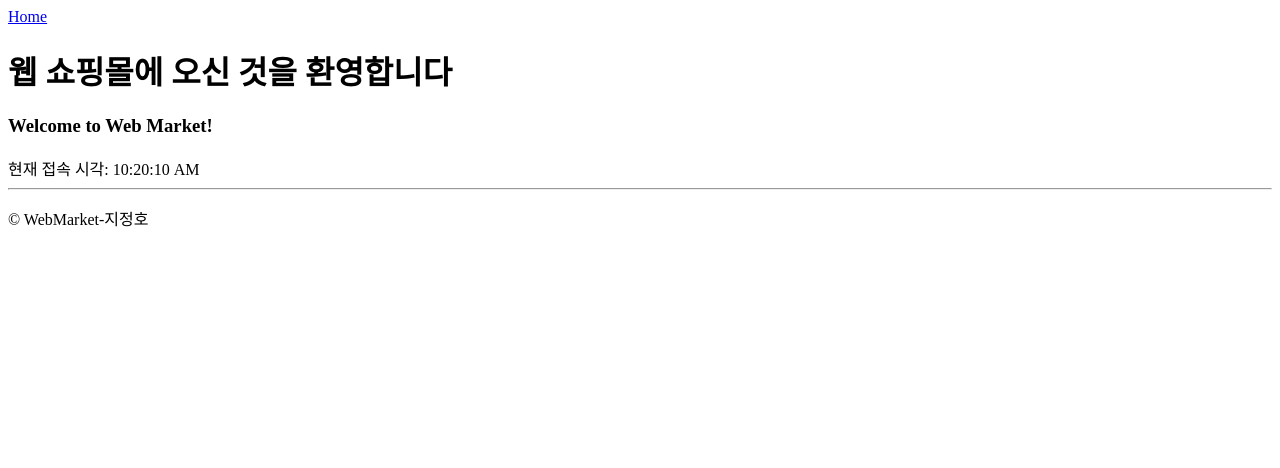
Repository: hodob/JSP_Practice
Page: http://localhost/JSP_WebMarket_JJH/ch03_ex/welcome.jsp
These files come from the project's save history. The page is drawn as it stood at one moment and after the next save; the edit follows.
The browser window is 1280 px wide. The pictures show the whole page.
The page is served by Tomcat 9. Other server files are loaded and not shown.

Above is the page before, as saved 2022-08-08 06:33:47.

### JSP_WebMarket_JJH/WebContent/ch03_ex/welcome.jsp
<%@ page language="java" contentType="text/html; charset=UTF-8"
    pageEncoding="UTF-8"%>

<%@ page import="java.util.Date"%>
<!DOCTYPE html>
<html>
<head>
<meta charset="UTF-8">
<title>제출용</title>
</head>
<body>
<%@ include file="menu.jsp"%>
	<%!String greeting = "웹 쇼핑몰에 오신 것을 환영합니다";
	String tagline = "Welcome to Web Market!";%>
	<div class="jumbotron">
		<div class="container">
			<h1 class="display-3">
				<%=greeting%>
			</h1>
		</div>
	</div>
	<div class="container">
		<div class="text-center">
			<h3>
				<%=tagline%>
			</h3>
			<%
				Date day = new java.util.Date();
				String am_pm;
				int hour = day.getHours();
				int minute = day.getMinutes();
				int second = day.getSeconds();
				if (hour / 12 == 0) {
					am_pm = "AM";
				} else {
					am_pm = "PM";
					hour = hour - 12;
				}
				String CT = hour + ":" + minute + ":" + second + " " + am_pm;
				out.println("현재 접속  시각: " + CT + "\n");
			%>
		</div>
		<hr>
	</div>
	<%@ include file="footer.jsp"%>
</body>
</html>

### JSP_WebMarket_JJH/WebContent/ch03_ex/menu.jsp
<%@ page language="java" contentType="text/html; charset=UTF-8"
    pageEncoding="UTF-8"%>

<nav class="navbar navbar-expand  navbar-dark bg-dark">
	<div class="container">
		<div class="navbar-header">
			<a class="navbar-brand" href="./welcome.jsp">Home</a>
		</div>
	</div>
</nav>

### JSP_WebMarket_JJH/WebContent/ch03_ex/footer.jsp
<%@ page language="java" contentType="text/html; charset=UTF-8"
    pageEncoding="UTF-8"%>
<footer class="container">
	<p>&copy; WebMarket-지정호</p>
</footer>

After the next save:
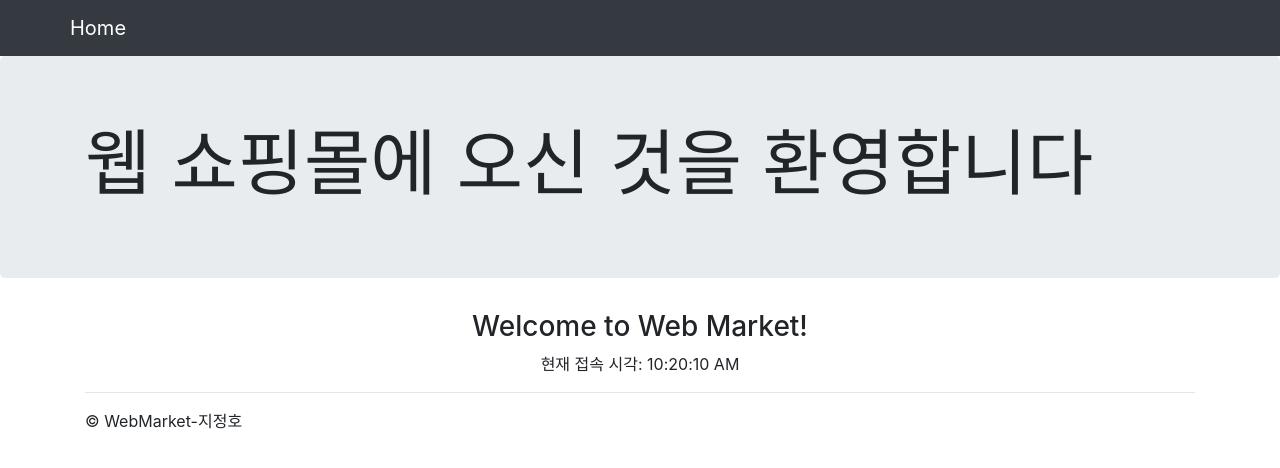
Saved 5 min 53 s later.
--- a/JSP_WebMarket_JJH/WebContent/ch03_ex/welcome.jsp
+++ b/JSP_WebMarket_JJH/WebContent/ch03_ex/welcome.jsp
@@ -5,6 +5,7 @@
 <!DOCTYPE html>
 <html>
 <head>
+<link rel="stylesheet"	href="https://maxcdn.bootstrapcdn.com/bootstrap/4.0.0/css/bootstrap.min.css">
 <meta charset="UTF-8">
 <title>제출용</title>
 </head>
